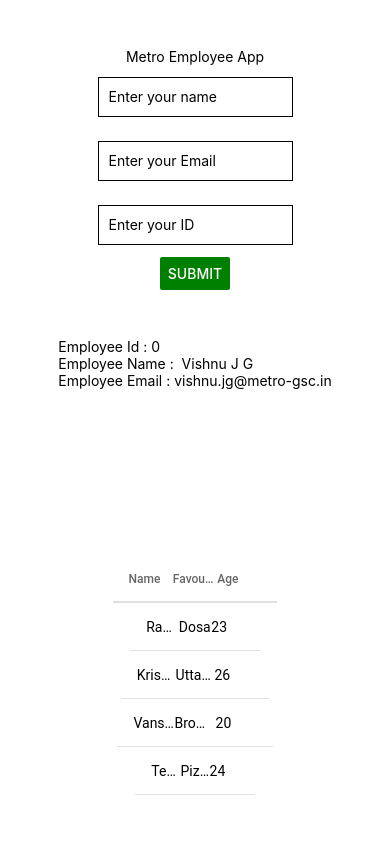
Repository: VishnuJG/Metro-Employee-App
Screen: /
An editor plug-in stored every save of this project. The screen is shown before and after the next save, followed by the edit.
The app was drawn by React Native's web renderer in a window 390 px wide. The project was rebuilt for these pictures with package versions that can differ from the ones it lists, and the page was loaded fresh each time.

Above is the screen before, as saved 2022-06-28 14:36:21.

### App.js
import { StatusBar } from 'expo-status-bar';
import React, { useState } from "react";
import { StyleSheet, Text, View, TextInput, Button, Alert} from 'react-native';
import { useDimensions } from '@react-native-community/hooks';
import Task from './components/Task';
import { DataTable } from 'react-native-paper';


export default function App() {

  // const {landscape}=useDimensions();
  const [emp, onEmpUpdate] = useState([{ id: 0, name: " Vishnu J G", email:"vishnu.jg@metro-gsc.in" }]);
  const [name, onChangeName] = useState("");
  const [email, onChangeEmail] = useState("");
  const [id, onChangeid] = useState(null);
  const onSubmit=(e)=>{
    e.preventDefault();
    if(!name){
      Alert.alert('Invalid Name', 'Invalid Name field',[{text: 'Okay', onPress:()=>{console.log("Okay Pressed")}},{text: 'No', onPress:()=>{console.log("No Pressed")}}])
    }
    if(!email){
      Alert.alert('Invalid Email', 'Invalid Email field',[{text: 'Okay', onPress:()=>{console.log("Okay Pressed")}},{text: 'No', onPress:()=>{console.log("No Pressed")}}])
    }
    if(!/\S+@\S+\.\S+/.test(email)){
      Alert.alert('Invalid Email', 'Invalid Email field',[{text: 'Okay', onPress:()=>{console.log("Okay Pressed")}},{text: 'No', onPress:()=>{console.log("No Pressed")}}])
    }
    if(!id){
      Alert.alert('Invalid Id', 'Invalid ID field',[{text: 'Okay', onPress:()=>{console.log("Okay Pressed")}},{text: 'No', onPress:()=>{console.log("No Pressed")}}])
    }
    console.log(name);
    console.log(email);
    console.log(id);
    const newEmp={id, name, email};
    onChangeName('');
    onChangeEmail('');
    onChangeid(null);
    onEmpUpdate([...emp, newEmp]);
  }
  return (
    <View style={styles.container} >
        <View style={styles.container}>
        <Text>Metro Employee App</Text>

        <TextInput
          style={styles.input}
          onChangeText={onChangeName}
          placeholder="Enter your name"
          value={name}
        />
        <TextInput
          style={styles.input}
          onChangeText={onChangeEmail}
          value={email}
          placeholder="Enter your Email"
          // keyboardType="numeric"
        />

        <TextInput
          style={styles.input}
          onChangeText={onChangeid}
          value={id}
          placeholder="Enter your ID"
          keyboardType="numeric"
        />
        <Button title="Submit"
          color="green"
          onPress={onSubmit}
          /></View>
        <View style={{flex:0.5, flexDirection: 'column'}}>
        {emp.map((newid)=>(<Task key={newid.id} ename={newid.name} eid={newid.id} eemail={newid.email}/>))}
        </View>
        <DataTable style={styles.container}>
          <DataTable.Header style={styles.tableHeader}>
            <DataTable.Title>Name</DataTable.Title>
            <DataTable.Title>Favourite Food</DataTable.Title>
            <DataTable.Title>Age</DataTable.Title>
          </DataTable.Header>
          <DataTable.Row>
            <DataTable.Cell>Radhika</DataTable.Cell>
            <DataTable.Cell>Dosa</DataTable.Cell>
            <DataTable.Cell>23</DataTable.Cell>
          </DataTable.Row>

          <DataTable.Row>
            <DataTable.Cell>Krishna</DataTable.Cell>
            <DataTable.Cell>Uttapam</DataTable.Cell>
            <DataTable.Cell>26</DataTable.Cell>
          </DataTable.Row>
          <DataTable.Row>
            <DataTable.Cell>Vanshika</DataTable.Cell>
            <DataTable.Cell>Brownie</DataTable.Cell>
            <DataTable.Cell>20</DataTable.Cell>
          </DataTable.Row>
          <DataTable.Row>
            <DataTable.Cell>Teena</DataTable.Cell>
            <DataTable.Cell>Pizza</DataTable.Cell>
            <DataTable.Cell>24</DataTable.Cell>
          </DataTable.Row>
        </DataTable>
    </View>
  );
}

const styles = StyleSheet.create({
  container: {
    flex: 1,
    flexDirection: 'column',
    backgroundColor: '#fff',
    alignItems: 'center',
    justifyContent: 'center',
    fontSize: 20,
    // paddingTop:20,
    width:'100%',
  },
  input: {
    height: 40,
    margin: 12,
    borderWidth: 1,
    width:'50%',
    padding: 10,
  },

});

### components/Task.js
import { StatusBar } from 'expo-status-bar';
import React, { useState } from "react";
import { StyleSheet, Text, View, TextInput, Button, Alert} from 'react-native';
import { useDimensions } from '@react-native-community/hooks';


export default function Task(props) {
  console.log("Hello");
  return (
    <View style={styles.employee}>
      <Text>Employee Id : {props.eid}</Text>
      <Text>Employee Name : {props.ename}</Text>
      <Text>Employee Email : {props.eemail}</Text>

    </View>


  );
}

const styles = StyleSheet.create({
  employee:{
    width:'100%',
    flex:1,
    // flexDirection:'row',
    // justifyContent: 'flex-start',
  }
});

After the next save:
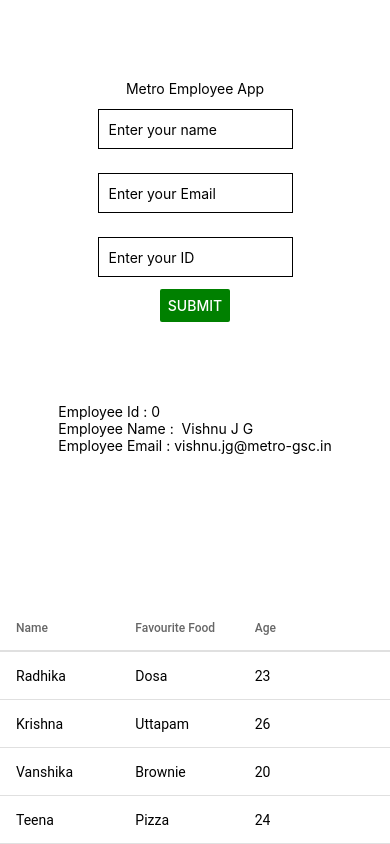
Saved 38 s later.
--- a/App.js
+++ b/App.js
@@ -69,7 +69,7 @@ export default function App() {
         <View style={{flex:0.5, flexDirection: 'column'}}>
         {emp.map((newid)=>(<Task key={newid.id} ename={newid.name} eid={newid.id} eemail={newid.email}/>))}
         </View>
-        <DataTable style={styles.container}>
+        <DataTable >
           <DataTable.Header style={styles.tableHeader}>
             <DataTable.Title>Name</DataTable.Title>
             <DataTable.Title>Favourite Food</DataTable.Title>
